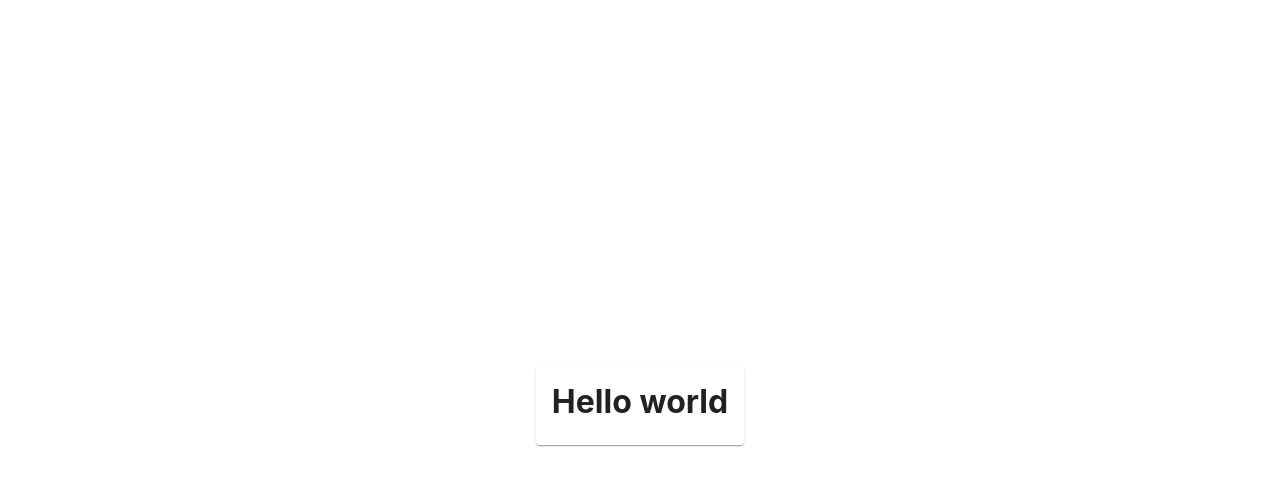
Repository: shehriyarnadeem/globalprototypeclient
Page: /
The author's editor kept a copy of each file at every save. The page is drawn from the files as they stood at one save, then again after the next save.
The browser window is 1280 px wide. The pictures show the whole page.
The project was rebuilt for these pictures with package versions that can differ from the ones it lists, and the page was loaded fresh each time. Also part of the build but not shown: src/App.css.

Above is the page before, as saved 2020-08-30 17:40:54.

After the next save:
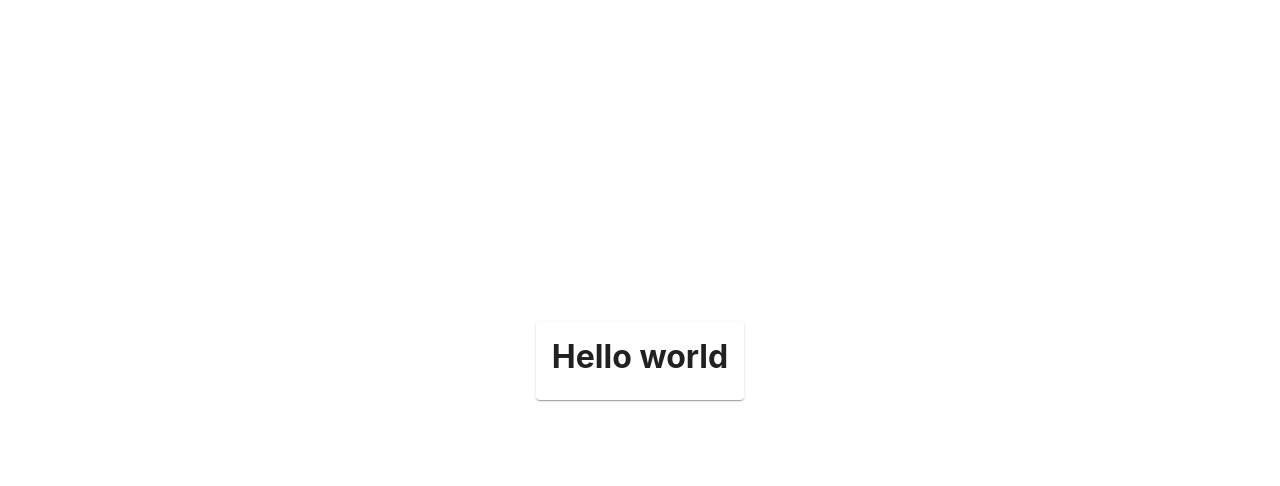
Saved 17 s later.
--- a/src/screens/Login/Login.css
+++ b/src/screens/Login/Login.css
@@ -8,7 +8,7 @@
 
 .login__container {
   text-align: center;
-  margin-top: 90px;
+
   display: flex;
   flex-direction: column;
   justify-content: center;
